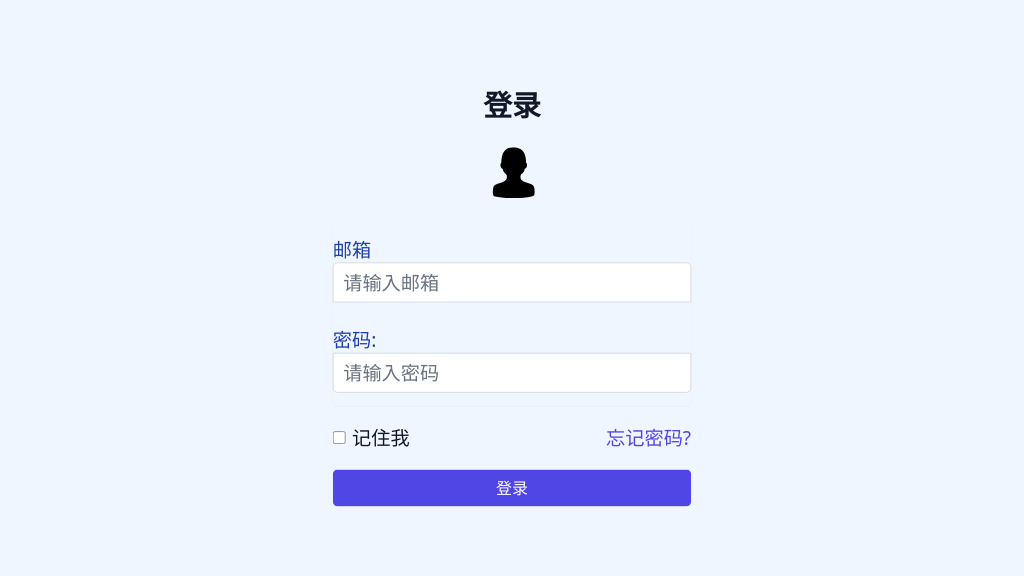
Repository: LiuRuohui/test_the_tailwindcss
Page: /
An editor plug-in stored every save of this project. The page is shown before and after the next save, followed by the edit.
The browser window is 1280 px wide. The pictures show the whole page, at 80% of full size.
The project was rebuilt for these pictures with package versions that can differ from the ones it lists, and the page was loaded fresh each time. Also part of the build but not shown: vite.config.js, src/components/WelcomingPage.vue, src/components/MainPage.vue, src/components/ForgetPasswd.vue, src/components/HelloWorld.vue.

Above is the page before, as saved 2022-03-04 22:30:51.

### src/App.vue
<script setup>
import WelcomingPage from "./components/WelcomingPage.vue"
import RegisterPage from "./components/RegisterPage.vue"
import LoginPage from "./components/LoginPage.vue";
import MainPage from "./components/MainPage.vue";
import ForgetPasswd from "./components/ForgetPasswd.vue";
import HelloWorld from "./components/HelloWorld.vue";
</script>

<template>
<!--<WelcomingPage class="bg-blue-50 page"></WelcomingPage>
<RegisterPage class="bg-blue-50 page"></RegisterPage>  -->
<LoginPage class="bg-blue-50 page"></LoginPage>


</template>

<style>
.page{
    height: 100vh;
}
</style>

### src/index.css
@tailwind base;
@tailwind components;
.inputFrame {
    @apply appearance-none rounded-none relative block w-full px-3 py-2 border border-gray-300 placeholder-gray-500 text-gray-900
}

.inputFrame:focus {
    @apply outline-none border-indigo-500 z-10 inline-block px-5 py-3 rounded-lg shadow-lg
}

.btn {
    @apply relative flex w-full justify-center py-2 border border-transparent font-medium rounded-md text-white bg-indigo-600
}

.btn:hover {
    @apply bg-indigo-700
}

.btn:focus {
    @apply outline-none ring-2 ring-offset-2 ring-indigo-500
}

@tailwind utilities;
@layer components {
    .card {
        background-color: theme('colors.blue.500');
        border-radius: theme('borderRadius.lg');
        padding: theme('spacing.6');
        box-shadow: theme('boxShadow.xl');
    }
    /* ... */
}

### src/components/LoginPage.vue
<template>
<div class="min-h-full flex items-center justify-center py-12 px-4 sm:px-6 lg:px-8">
  <div class="max-w-md w-full space-y-8">
    <div>
      <h2 class="mt-6 text-center sm:text-4xl font-extrabold text-gray-900">登录</h2>
    </div>
    <div>
        <img class="h-16 w-1/2 mx-auto" src="../assets/用户.svg" alt="这里有一张图片">
    </div>
    <div class="mt-8 space-y-6">
      <input type="hidden" name="remember" value="true">
      <div class="rounded-md shadow-sm -space-y-px">
        <div class="py-4 text-blue-800 sm:text-2xl">
          <label for="email-address">邮箱</label>
          <input id="email-address" name="email" type="email" autocomplete="email" required class="inputFrame rounded-t-md  sm:text-2xl" placeholder="请输入邮箱">
        </div>
        <div class="py-4 text-blue-800 sm:text-2xl">
          <label for="passwd">密码:</label>
          <input id="passwd" name="passwd" type="password" autocomplete="current-password" required class="inputFrame rounded-b-md  sm:text-2xl" placeholder="请输入密码">
        </div>
      </div>

      <div class="flex items-center justify-between">
        <div class="flex items-center">
          <input id="remember-me" name="remember-me" type="checkbox" class="h-4 w-4 text-indigo-600 focus:ring-indigo-500 border-gray-300 rounded">
          <label for="remember-me" class="ml-2 block text-sm sm:text-2xl text-gray-900"> 记住我</label>
        </div>

        <div class="text-sm">
          <a href="#" class="font-medium sm:text-2xl text-indigo-600 hover:text-indigo-500"> 忘记密码? </a>
        </div>
      </div>

      <div>
        <button @click="submit" class="btn group sm:text-xl">
          登录
        </button>
      </div>
    </div>
  </div>
</div>
</template>

<script setup>
function submit(){
  var name = document.getElementById("email-address").value;
  if(!isEmail(name)){
    alert('邮箱格式不正确！')
  }else{
    alert('登录')
  }
}
function isEmail(str){
    var reg = /^([a-zA-Z0-9_-])+@([a-zA-Z0-9_-])+(.[a-zA-Z0-9_-])+/
    return reg.test(str)
}
</script>

### tailwind.config.js
module.exports = {
    content: [
        "./index.html",
        "./src/**/*.{vue,js,ts,jsx,tsx}",
    ],
    theme: {
        extend: {},
    },
    variants: {
        backgroundColor: ['responsive', 'hover', 'focus', 'active']
    },
    plugins: [],
}

### src/components/RegisterPage.vue
<template>
<div class="flex items-center justify-center py-12 px-4 sm:px-6 lg:px-8c">
    <div class="sm:max-w-xl sm:object-center sm:object-cover w-full space-y-8">
        <div>
            <h2 class="mt-6 text-center sm:text-4xl font-extrabold text-purple-600">注册</h2>
        </div>
        <div>
            <img class="h-16 w-1/2 mx-auto" src="../assets/用户.svg" alt="这里有一张图片">
        </div>
    <div class="mt-8 space-y-4">
      <div class="rounded-md shadow-sm sm:text-xl">
        <div class="py-4 text-blue-800">
          <label for="email-address">邮箱</label>
          <input id="email-address" name="email" type="email" autocomplete="email" required class="inputFrame rounded-t-md  sm:text-xl" placeholder="请输入邮箱">
        </div>
        <div class="py-4 text-blue-800">
          <label for="name">昵称:</label>
          <input id="name" name="name" type="name" autocomplete="name" required class="inputFrame rounded-t-md  sm:text-xl" placeholder="请输入昵称">
        </div>
        <div class="py-4 text-blue-800">
          <label for="passwd">密码:</label>
          <input id="passwd" name="passwd" type="password" autocomplete="current-password" required class="inputFrame rounded-b-md  sm:text-xl" placeholder="请输入密码">
        </div>
        <div class="py-4 text-blue-800">
          <label for="passwd">再次输入密码:</label>
          <input id="repeated-passwd" name="repeated-passwd" type="password" autocomplete="current-password" required class="inputFrame rounded-b-md sm:text-xl" placeholder="请再次输入密码">
        </div>
      </div>

      <div class="flex items-center justify-between">
        <div class="text-sm sm:text-xl">
          <a href="#" class="font-medium text-indigo-800 hover:text-indigo-500" @click="seeFunctions"> 查看我们的功能 </a>
        </div>
        <div class="flex items-center">
          <input id="remember-me" name="remember-me" type="checkbox" class="h-4 w-4 text-indigo-600 focus:ring-indigo-500 border-gray-300 rounded">
          <label for="remember-me" class="ml-2 block sm:text-xl text-gray-900"> 同意隐私协议 </label>
        </div>
      </div>
      <div class="sm:text-xl sm:mt-8">
        <input value="重置" type="reset" @click="reset" class="btn group sm:text-xl text-center">
        <br>
        <input @click="submit" type="submit" class="btn group sm:text-xl"><br>
      </div>
    </div>
    </div>
</div>
</template>

<script setup>
function isEmail(str){
    var reg = /^([a-zA-Z0-9_-])+@([a-zA-Z0-9_-])+(.[a-zA-Z0-9_-])+/
    return reg.test(str)
}

function submit(){
  let email = document.getElementById("email-address")
  let name = document.getElementById("passwd").value
  let repeated_name = document.getElementById("repeated-passwd").value
  if(!isEmail(email)){
    alert("邮箱格式不正确！")
  }else if(name !== repeated_name){
    alert('两次密码不一致！')
  }else{
    alert('提交数据注册 注册成功返回警示框 注册失败返回原因')
  }
}

function seeFunctions(){
  alert("See functions")
}

function reset() {
  var confirmation = confirm('确定要重置数据吗？')
  if(confirmation == true){
    alert('你表单没了')

  }
}

</script>

Loaded but not shown: index.html (common file); src/main.js (common file)

After the next save:
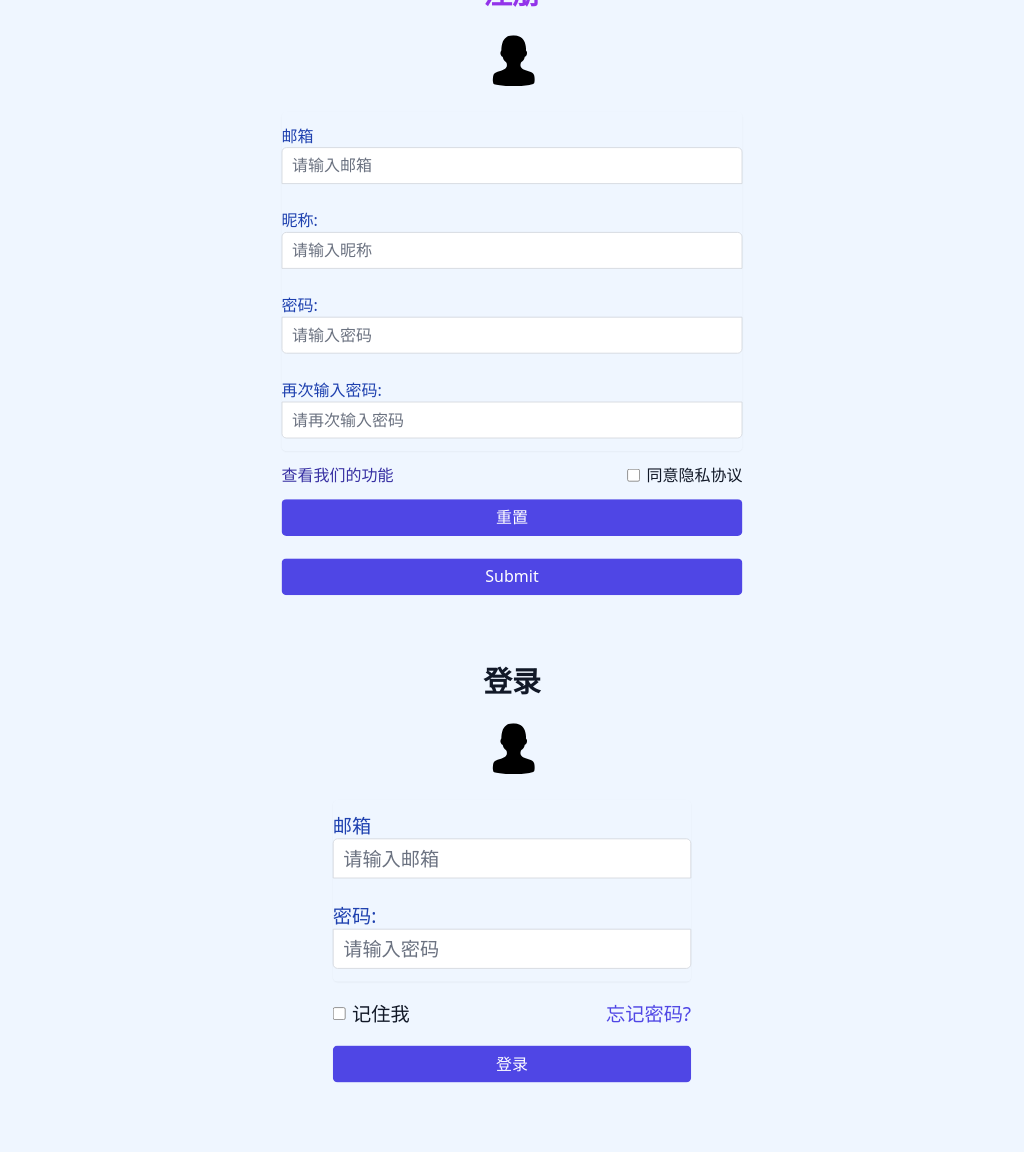
Saved 3 days later.
--- a/src/App.vue
+++ b/src/App.vue
@@ -8,8 +8,8 @@ import HelloWorld from "./components/HelloWorld.vue";
 </script>
 
 <template>
-<!--<WelcomingPage class="bg-blue-50 page"></WelcomingPage>
-<RegisterPage class="bg-blue-50 page"></RegisterPage>  -->
+<!--<WelcomingPage class="bg-blue-50 page"></WelcomingPage>  -->
+<RegisterPage class="bg-blue-50 page"></RegisterPage>
 <LoginPage class="bg-blue-50 page"></LoginPage>
 
 
